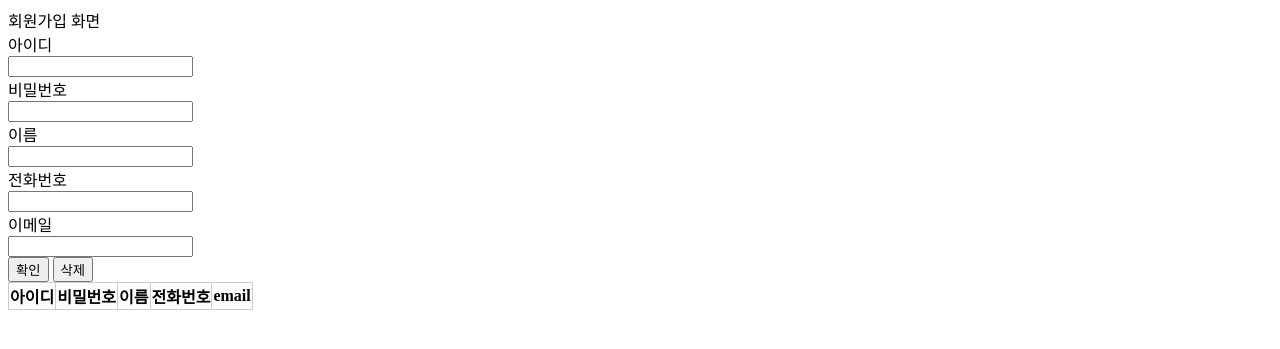
Repository: kdh2212/KDT_code
Page: http://localhost/20250801Web/memberSearch2.jsp
An editor plug-in stored every save of this project. The page is shown before and after the next save, followed by the edit.
The browser window is 1280 px wide. The pictures show the whole page.
The page is served by Tomcat 9. Queries for data that is not in the repository find no rows.

Above is the page before, as saved 2025-08-01 07:30:14.

After the next save:
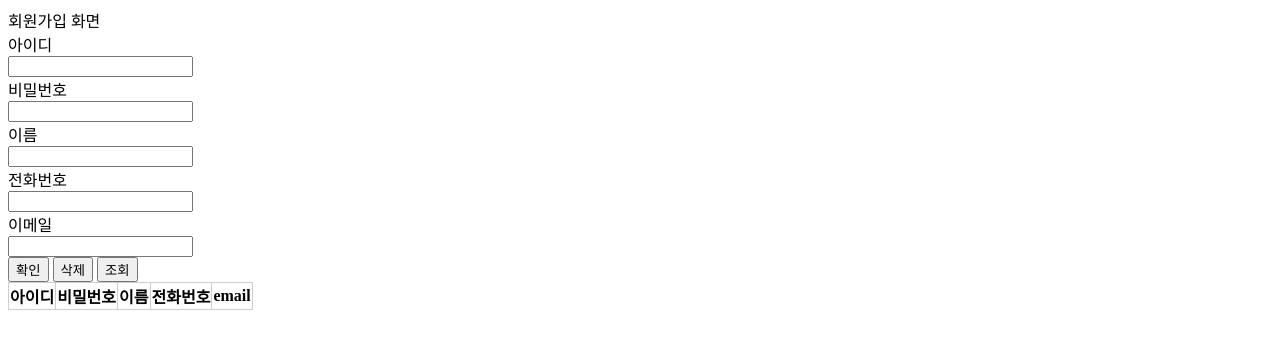
Saved 37 s later.
--- a/20250801Web/src/main/webapp/memberSearch2.jsp
+++ b/20250801Web/src/main/webapp/memberSearch2.jsp
@@ -17,6 +17,7 @@
 이메일<br/><input type="text" name="member_email" /><br/>
 <input type="submit" name = "action" value="확인"/> <!-- 중요 -->
 <input type="submit"  name = "action" value="삭제"/>
+<input type="submit"  name = "action" value="조회"/>
 </form>
 
 <%
